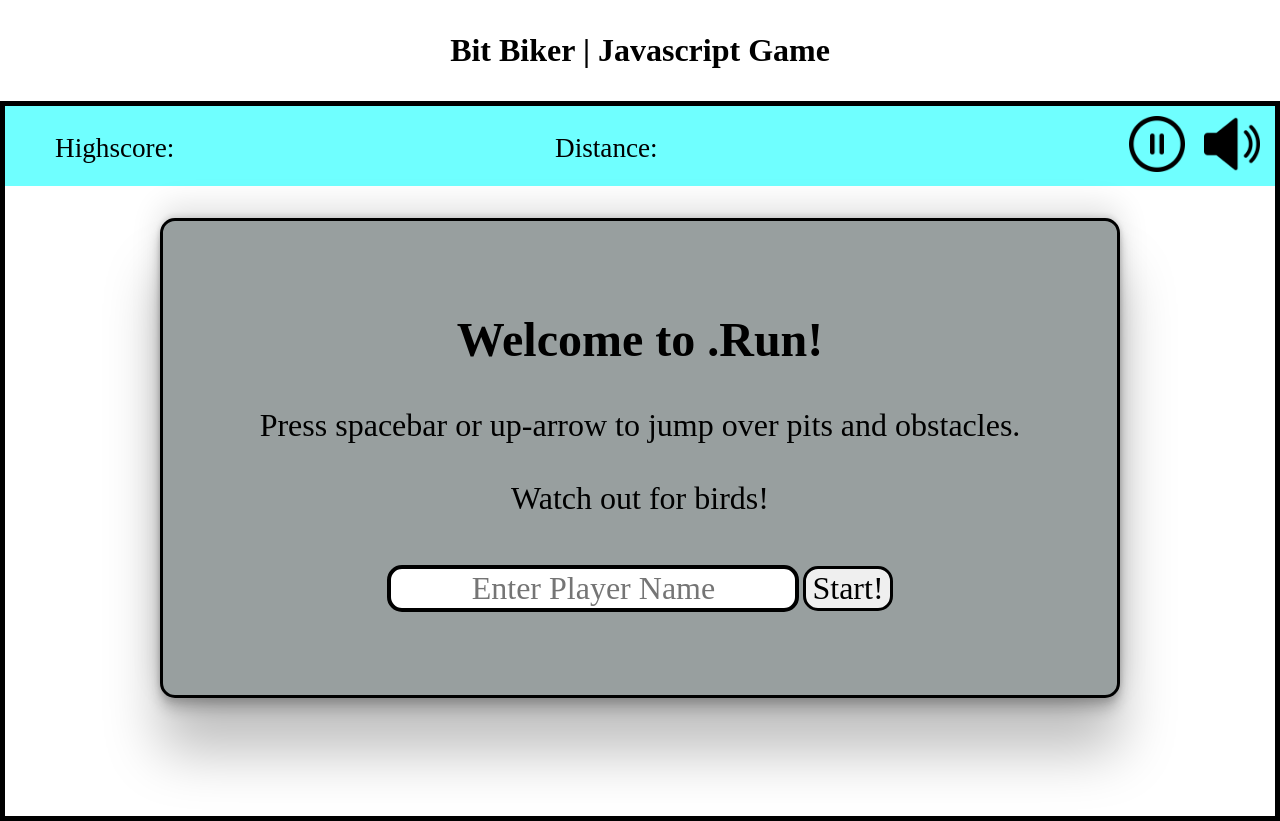
Repository: jellymel0n/bit-biker
Page: index.html
These files come from the project's save history. The page is drawn as it stood at one moment and after the next save; the edit follows.
The browser window is 1280 px wide. The pictures show the whole page.

Above is the page before, as saved 2021-07-05 14:22:56.

### index.html
<!DOCTYPE html>
<html lang="en">
<head>
    <meta charset="UTF-8">
    <meta http-equiv="X-UA-Compatible" content="IE=edge">
    <meta name="viewport" content="width=device-width, initial-scale=1.0">
    <!-- CSS reset/normalize -->
    <link rel="stylesheet" href="styles/normalize-fwd.css">
    <!-- Local CSS -->
    <link rel="stylesheet" href="styles/styles.css">
    <title>Bit Biker | Javascript Game</title>
</head>
<body>
    <h1>Bit Biker | Javascript Game</h1>

    <main id="game-board">
        <div id="song">
            <audio id='song-playback' currentTime=''>
                <source src="assets/music/run-song.mp3" type="audio/mp3" />
                Your browser does not support audio playback
            </audio>
        </div>
        <!-- Game board header -->
        <div id='game-header'>
            <p id='highscore-text'>Highscore: </p>
            <p id='distance-text'>Distance: </p>
            <div id='btn-pause'>
                <img src="assets/graphics/icons/pause.png" alt="pause button, circle around a pause icon">
            </div>
            <div id='btn-volume'>
                <img src="assets/graphics/icons/volume.png" alt="volume button, speaker icon">
            </div>
            <div id="btn-mute">
                <img src='assets/graphics/icons/mute.png' alt='mute button, speaker icon crossed out'>
            </div>
        </div>
        <!-- End of game board header -->

        <!-- Splash screen - intro -->
        <div id='splash-screen'>
            <h2 id='splash-header'>Welcome to .Run!</h2>
            <p id='splash-text'>Press spacebar or up-arrow to jump over pits and obstacles.<br><br>Watch out for birds!</p>

            <div id="splashInput">
                <input id='player-name' type='text' placeholder='Enter Player Name'>
                <button id='savePlayer'>Start!</button>
            </div>
        </div>
        <!-- End of splash screen -->

        <!-- Pause Screen -->
        <div id="pause-screen">
            <h2>Game Paused</h2>
            <p id='pause-text'>
                To get gameplay instructions click the "Help" button<br>
                To quit the game and go back to the splash screen click "Quit".<br>
                To go back to the game, click "X" in the top corner.</p>
            <div id="pause-close">
                <img src="assets/graphics/icons/remove.png" alt="Close icon, an X with a circle around it.">
            </div>
            <div id="pause-btns">
                <div id="help-btn">
                    <p id="help-btn-text">Help</p>
                </div>
                <div id="quit-btn">
                    <p id="quit-text">Quit</p>
                </div>
            </div>
        </div>
        <!-- End of Pause Screen -->

        <!-- Help Screen -->
        <div id="help-screen">
            <h2>Gameplay Instructions</h2>
            <p id='help-text'>
                Press the spacebar or up arrow to jump, hold to jump higher.<br>
                Avoid obstacles in the road as well as birds flying above.<br>
                Have fun!
            </p>
            <div id="help-btns">
                <div id="resume-btn">
                    <p>Resume</p>
                </div>
                <div id="help-quit-btn">
                    <p id="quit-text">Quit</p>
                </div>
            </div>
        </div>
        <!-- End of Help Screen -->

    </main>

<!-- jQuery CDN script-->
<script src="https://code.jquery.com/jquery-3.6.0.min.js" integrity="sha256-/xUj+3OJU5yExlq6GSYGSHk7tPXikynS7ogEvDej/m4=" crossorigin="anonymous"></script>
<!-- Local JS script -->
<script src='scripts/script.js'></script>
</body>
</html>

### styles/styles.css
h1 {
    text-align: center;
    margin: 2rem auto;
}

#game-board {
    width: 80rem;
    height: 45rem;
    border: 5px solid black;
    /* border-radius: 10%; */
    margin: 0 auto;
    position: relative;
}

/* Game board header */
div#game-header {
    display: flex;
    justify-content: space-around;
    width: 100%;
    height: 5rem;
    background-color: rgba(0, 255, 255, 0.565);

}

#highscore-text,
#distance-text {
    position: absolute;
}

#highscore-text {
    font-size: 1.7rem;
    left: 50px;
}

#distance-text {
    font-size: 1.7rem;
    left: 550px;
}

#btn-pause img {
    position: absolute;
    width: 3.5rem;
    right: 90px;
    top: 10px;
}

#btn-pause img:hover {
    transform: scale(1.1);
    cursor: pointer;
}

#btn-volume img,
#btn-mute img {
    position: absolute;
    width: 3.5rem;
    right: 15px;
    top: 10px;
}

#btn-volume img:hover,
#btn-mute img:hover  {
    transform: scale(1.1);
    cursor: pointer;
}

#btn-mute {
    display: none;
}

/* end of game board header */

/* Splash screen styles */
#splash-screen {
    width: 60rem;
    height: 30rem;
    margin: 2rem auto;
    border: 3px solid black;
    border-radius: 15px;
    align-content: center;
    background-color: rgb(152, 159, 159);
    box-shadow: rgba(0, 0, 0, 0.25) 0px 54px 55px, rgba(0, 0, 0, 0.12) 0px -12px 30px, rgba(0, 0, 0, 0.12) 0px 4px 6px, rgba(0, 0, 0, 0.17) 0px 12px 13px, rgba(0, 0, 0, 0.09) 0px -3px 5px;
}

#splash-screen h2 {
    text-align: center;
    font-size: 3rem;
}

#splash-text {
    text-align: center;
    font-size: 2rem;
    margin: 0 1rem;
}

#splashInput {
    text-align: center;
    margin-top: 3rem;
}

input[type=text] {
    border: 4px solid black;
    border-radius: 15px;
    font-size: 2rem;
    margin: 0 auto 2rem auto;
    text-align: center;
}

button#savePlayer {
    font-size: 2rem;
    color: black;
    border: 3px solid black;
    border-radius: 15px;
}

button#savePlayer:hover {
    transform: scale(1.1);
    cursor: pointer;
}
/* End of splash screen styles */

/* Pause and Help screen styles */

#pause-screen,
#help-screen {
    display: none;
    position: relative;
    width: 60rem;
    height: 30rem;
    margin: 2rem auto;
    border: 3px solid black;
    border-radius: 15px;
    align-content: center;
    background-color: rgb(152, 159, 159);
    box-shadow: rgba(0, 0, 0, 0.25) 0px 54px 55px, rgba(0, 0, 0, 0.12) 0px -12px 30px, rgba(0, 0, 0, 0.12) 0px 4px 6px, rgba(0, 0, 0, 0.17) 0px 12px 13px, rgba(0, 0, 0, 0.09) 0px -3px 5px;
}

#pause-screen h2,
#help-screen h2 {
    text-align: center;
    font-size: 3rem;
}

#pause-text,
#help-text {
    text-align: center;
    font-size: 2rem;
    margin: 0 1rem;
}

#pause-close img {
    position: absolute;
    width: 3.5rem;
    left: 15px;
    top: 15px;
}

#pause-close img:hover {
    transform: scale(1.1);
    cursor: pointer;
}

#pause-btns,
#help-btns{
    display: flex;
    justify-content:center;
    margin-top: 3.6rem;
}

#help-btn,
#quit-btn,
#resume-btn,
#help-quit-btn {
    border: solid 3px black;
    text-align: center;
    width: 17%;
    border-radius: 10px;
    /* height: 4rem; */
    font-size: 2rem;
    vertical-align: middle;
    font-weight: bold;
    margin: 0 3rem 0 3rem;
}

#help-btn:hover,
#quit-btn:hover,
#resume-btn:hover,
#help-quit-btn:hover {
    transform: scale(1.1);
    cursor: pointer;
    background-color: black;
    color: azure;
}

/* End of Pause and Help Screen Styles */

/* Game Objects */
.player {
    position: absolute;
    background-size: contain;
    transform-origin: bottom center;
}

.obstacle {
    position: absolute;
}

.bg-layer {
    position: absolute;
}

.bg-prop {
    position: absolute;
    background-size: contain;
}

### scripts/script.js
'use strict';

const game = {
    title: '.Run',
    isRunning: false,
    player: '',
    obstacles: [],
    keysPressed: [],
    bgLayers: [],
    bgObjects: [],
    loopDuration: [1000 / 50, 1000 / 60, 1000 / 70, 1000 / 80],
    lastKeyFrame: null,

    getPlayerName: () => {
        game.player = $('#player-name').val();
    },
    pauseAudio: () => {
        let song = $('#song-playback');
        song.trigger("pause");
    },
    resetAudio: () => {
        let song = $('#song-playback');
        song [0].currentTime = 0;
        song.trigger("pause");

    },
    playAudio: () => {
        let song = $('#song-playback');
        song.trigger("play");
    },

}


// Object classes

class Obstacle {
    constructor (
        position = [0, 0],
        dimensions = [50, 50],
        velocity = [0, 0],
        classes = 'obstacle',
        backgroundImage = ""
     ) {
        this.position = position;
        this.dimensions = dimensions;
        this.velocity = velocity;
        this.classes = classes;
        this.backgroundImage = backgroundImage;
    }
}

class BGLayer {
    constructor (
        position = [0, 0],
        dimensions = [100, 100],
        velocity = [0, 0],
        classes = 'bg-layer',
        backgroundImage = ""
    ) {
        this.dimensions = dimensions;
        this.position = position;
        this.velocity = velocity;
        this.classes = classes;
        this.backgroundImage = backgroundImage;
    }
}

class BGProp {
    constructor (
        position = [0, 0],
        dimensions = [100, 100],
        velocity = [0, 0],
        classes = 'bg-prop',
        backgroundImage = ""
    ) {
        this.dimensions = dimensions;
        this.position = position;
        this.velocity = velocity;
        this.classes = classes;
        this.backgroundImage = backgroundImage;
    }
}

class Player {
    constructor (
        position = [0, 0],
        dimensions = [100, 100],
        velocity = [0, 0],
        classes = 'player',
        backgroundImage = "",
        jumpMax = 100
    ) {
        this.dimensions = dimensions;
        this.position = position;
        this.velocity = velocity;
        this.classes = classes;
        this.backgroundImage = backgroundImage;
        this.currentJump = 0;
        this.jumpMax = jumpMax;
        this.isJumping = false;
    }
}

// End of object classes

// Object instantiation
const farBG = new BGLayer(
    [0, 0], //position
    [600, 600], //dimensions
    [-25, 0], //velocity
    undefined, // classes
    "assets/graphics/backgrounds/bg-mountains-sky.png"
)
// addBG layer

const mediumBG = new BGLayer(
    [0, 200],
    [600, 600],
    [-25, 0],
    undefined,
    "assets/graphics/backgrounds/bg-background-floor.png"
)
// add bg layer

const ground = new BGLayer(
    [0, 450],
    [600, 200],
    [-300, 0],
    "bg-layer bg-ground",
    "assets/graphics/backgrounds/bg-ground.png"
)
// add bg layer

const rock = new BGProp(
    [600, 350],
    [100, 100],
    [-80, 0],
    undefined,
    "assets/graphics/backgrounds/rock.png"
)
// add bgprop

const bird = new Obstacle(
    [400, 600],
    [100, 100],
    [-20, 0],
    undefined,
    "assets/graphics/obstacles/bird.png"
)
// add obstacle

const smallBlock = new Obstacle(
    [0, 450],
    [600, 200],
    [-300, 0],
    undefined,
    "assets/graphics/obstacles/spiked-square.png"
)
// add obstacle

const largeBlock = new Obstacle(
    [0, 450],
    [600, 200],
    [-300, 0],
    undefined,
    "assets/graphics/obstacles/spiked-rectangle.png"
)
// add obstacle

const player = new Player(
    [70, 430],
    [100, 100],
    [0, 0],
    undefined,
    "assets/graphics/player/biker.png"
)


// Event Handlers
$('#savePlayer').on('click', () => {
    game.getPlayerName();
    $('#splash-screen').toggle();
    game.isRunning = true;
    game.playAudio();
});

$('#btn-volume').on('click', () => {
    $('#btn-volume').toggle();
    $('#btn-mute').toggle();
    $('#song-playback').prop('muted', true);
})

$('#btn-mute').on('click', () => {
    $('#btn-volume').toggle();
    $('#btn-mute').toggle();
    $('#song-playback').prop('muted', false);
})

$('#btn-pause').on('click', () => {
    if (game.isRunning === true){
        game.pauseAudio();
        $('#pause-screen').toggle();
        game.isRunning = false;
    }
})

$('#pause-close').on('click', () => {
    $('#pause-screen').toggle();
    game.isRunning = true;
    game.playAudio();
})

$('#help-btn').on('click', () => {
    $('#pause-screen').toggle();
    $('#help-screen').toggle();
})

$('#quit-btn').on('click', () => {
    game.resetAudio();
    $('#pause-screen').toggle();
    $('#splash-screen').toggle();
})

$('#resume-btn').on('click', () => {
    $('#help-screen').toggle();
    game.isRunning = true;
    game.playAudio();
})

$('#help-quit-btn').on('click', () => {
    $('#help-screen').toggle();
    $('#splash-screen').toggle();
    game.resetAudio();
})

Loaded but not shown: styles/normalize-fwd.css (library)

After the next save:
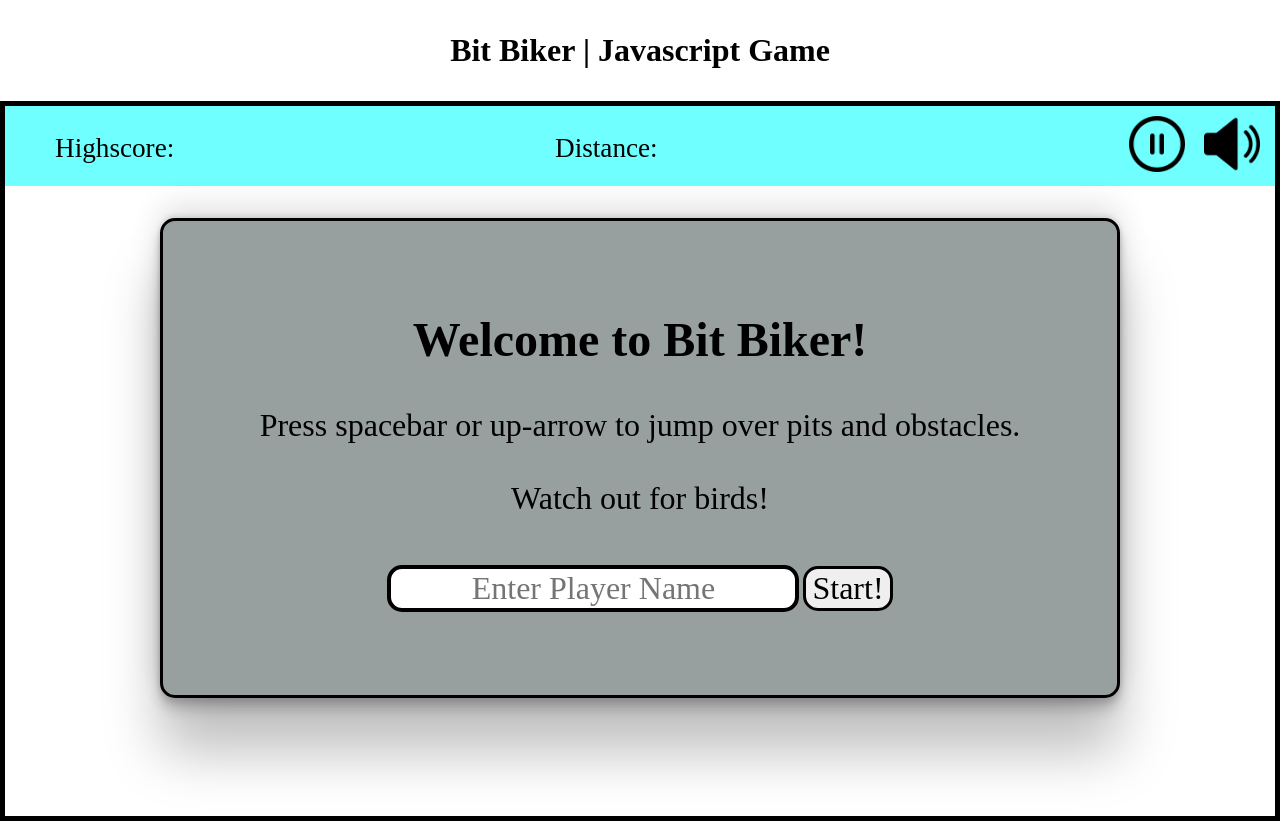
Saved 50 s later.
--- a/index.html
+++ b/index.html
@@ -38,7 +38,7 @@
 
         <!-- Splash screen - intro -->
         <div id='splash-screen'>
-            <h2 id='splash-header'>Welcome to .Run!</h2>
+            <h2 id='splash-header'>Welcome to Bit Biker!</h2>
             <p id='splash-text'>Press spacebar or up-arrow to jump over pits and obstacles.<br><br>Watch out for birds!</p>
 
             <div id="splashInput">
